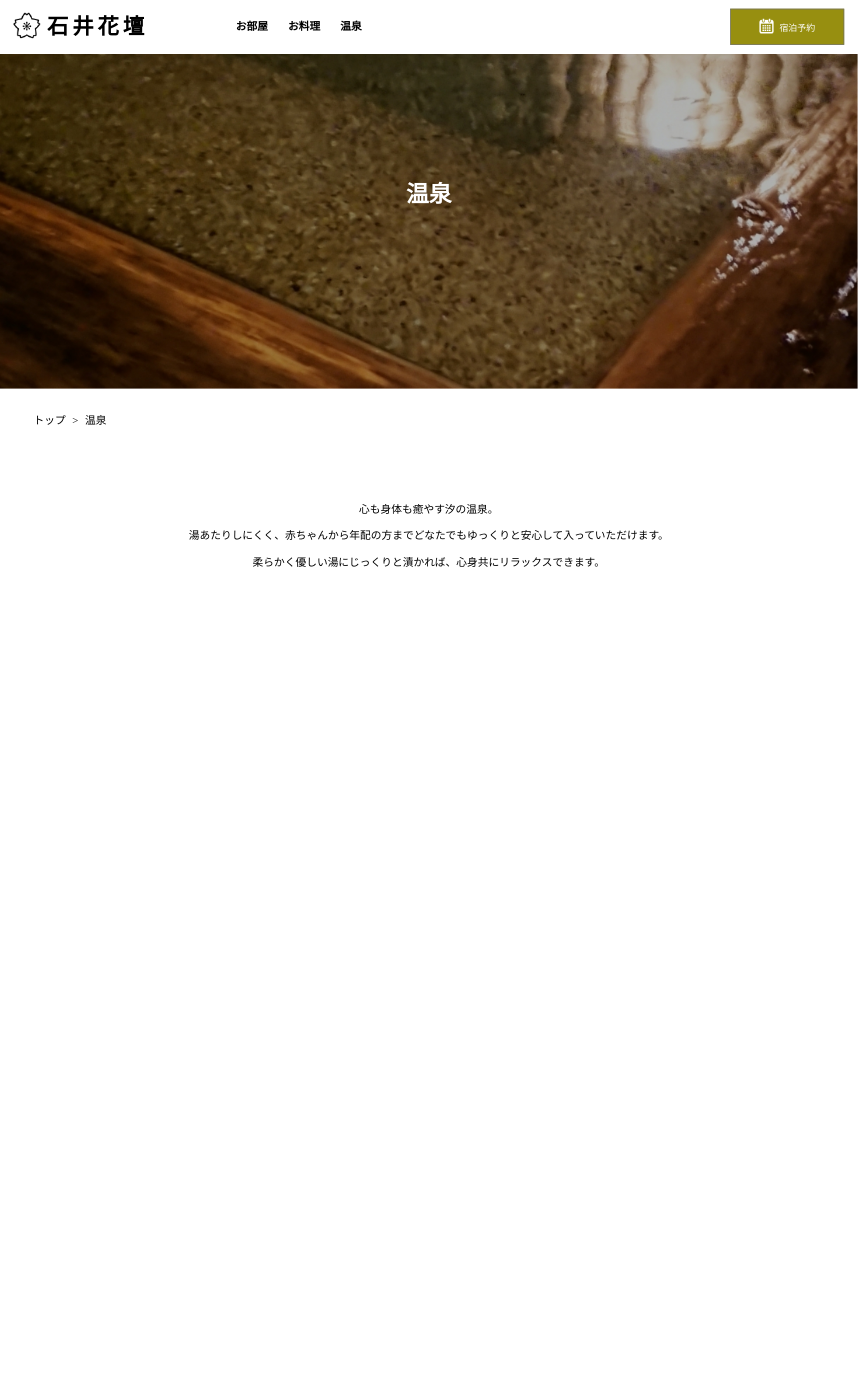
Repository: yuukiyokoyama/compex1
Page: hot-spring.html
The author's editor kept a copy of each file at every save. The page is drawn from the files as they stood at one save, then again after the next save.
The browser window is 1280 px wide. The pictures show the whole page, at 67% of full size.
The style sheet was rebuilt from its Sass, Less or Tailwind sources for each picture, by a compiler version that may differ from the author's.

Above is the page before, as saved 2021-09-20 01:02:13.

After the next save:
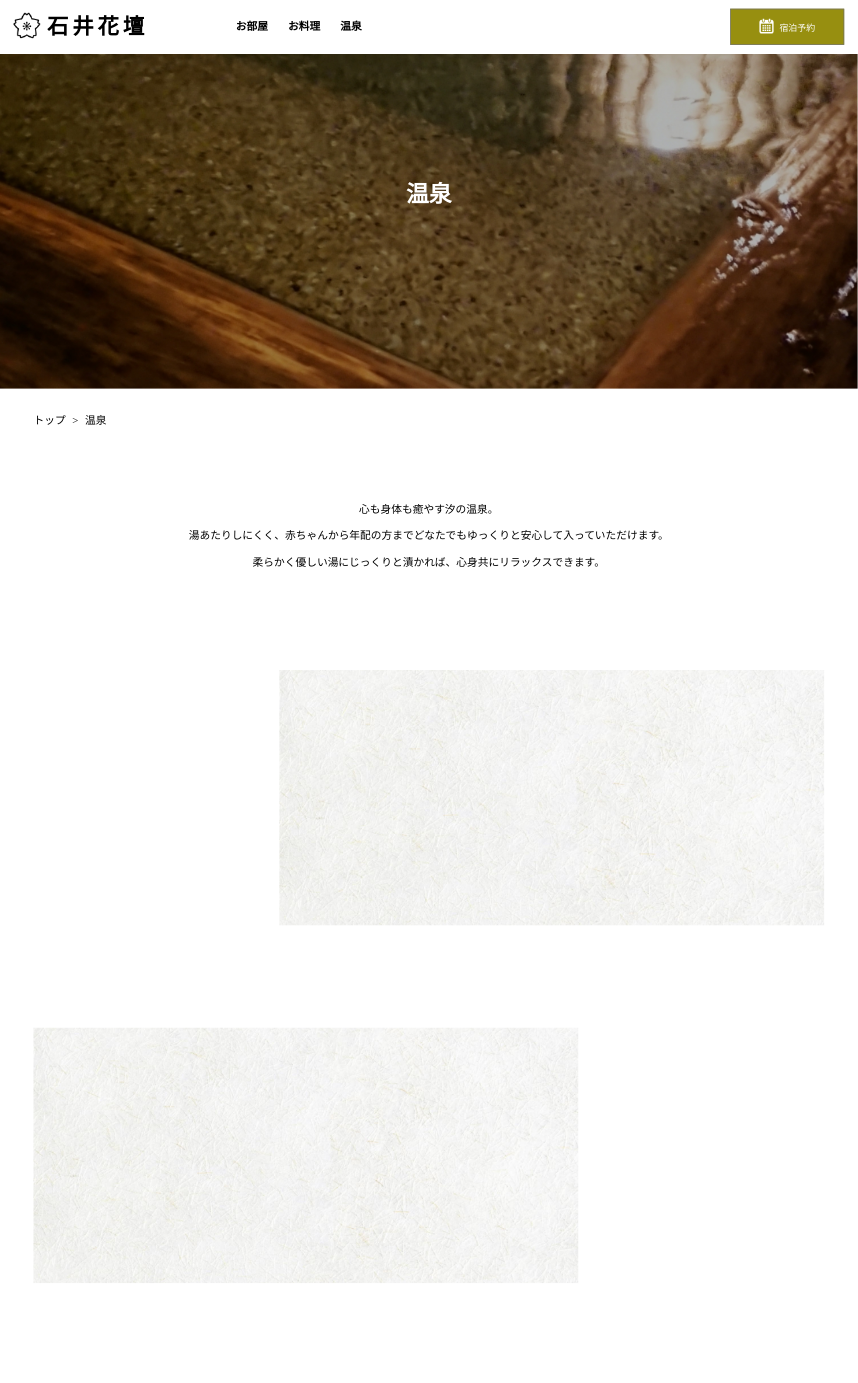
Saved 84 s later.
--- a/hot-spring.html
+++ b/hot-spring.html
@@ -214,24 +214,42 @@
       <section class="lower-detail">
         <div class="section__wrapper">
           <div class="lower-detail__media">
-            <figure
-              class="media-img__wrapper aos-init aos^animate"
-              data-aos="fade-up"
-              data-aos-duration="1000"
-            >
-              <img src="images/onsen01.jpg" alt="温泉付き浴室" />
+            <figure class="media__img-wrapper aos-init" data-aos="fade-up" data-aos-duration="1000">
+              <img
+                src="./温泉-石井花壇 _ 温海温泉旅館【公式サイト】_files/onsen01.jpg"
+                alt="温泉付き浴室"
+              />
             </figure>
-            <h3 class="media__title aos-init" data-aos="fade-up" data-aos-duration="1000">
-              貸し切り露天風呂「雲居の湯」
-            </h3>
-            <p class="media__text aos-init" data-aos="fade-up" data-aos-duration="1000">
-              弱酸性の湯質が優しく肌を包み込むような心地よさ<br />
-              最上階の露天風呂「雲居の湯」では、湯冷めしにくい食塩泉を
-              熱海の町並みを遠方に望みながら・・・
-            </p>
-          </div>
-          <!-- lower-detail__media -->
-          <div class="lower-detail__media"></div>
+            <div class="media__body">
+              <h3 class="media__title aos-init" data-aos="fade-up" data-aos-duration="1000">
+                貸し切り露天風呂「雲居の湯」
+              </h3>
+              <p class="media__text aos-init" data-aos="fade-up" data-aos-duration="1000">
+                弱酸性の湯質が優しく肌を包み込むような心地よさ<br />
+                最上階の露天風呂「雲居の湯」では、湯冷めしにくい食塩泉を
+                熱海の町並みを遠方に望みながら・・・
+              </p>
+            </div>
+          </div>
+          <!--lower-detail__media-->
+          <div class="lower-detail__media">
+            <figure class="media__img-wrapper aos-init" data-aos="fade-up" data-aos-duration="1000">
+              <img
+                src="./温泉-石井花壇 _ 温海温泉旅館【公式サイト】_files/onsen02.jpg"
+                alt="庭園付き客室"
+              />
+            </figure>
+            <div class="media__body">
+              <h3 class="media__title aos-init" data-aos="fade-up" data-aos-duration="1000">
+                美肌を促す乳白色の硫黄泉を
+              </h3>
+              <p class="media__text aos-init" data-aos="fade-up" data-aos-duration="1000">
+                まじりっけなしの白いにごり湯。鳥海山から引いた酸性の強い硫酸塩泉を、
+                たっぷりと掛け流しています。<br />
+                四季の移り変わりを、天然温泉の湯に浸りながら味わってください。
+              </p>
+            </div>
+          </div>
           <!-- lower-detail__media -->
         </div>
         <!-- section__wrapper -->
